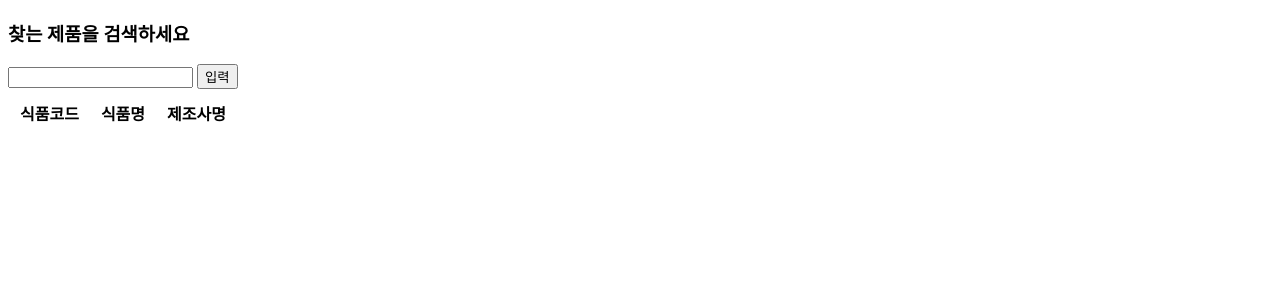
Repository: dkdud8140/OneDayProject_server
Page: http://localhost/Oneday_Server_food/insert/selectName
An editor plug-in stored every save of this project. The page is shown before and after the next save, followed by the edit.
The browser window is 1280 px wide. The pictures show the whole page.
The page is served by Tomcat 9. Other server files are loaded and not shown.

Above is the page before, as saved 2021-05-10 06:40:17.

### Oneday_Server_food/src/main/webapp/WEB-INF/view/selectName.jsp
<%@ page language="java" contentType="text/html; charset=UTF-8"
    pageEncoding="UTF-8"%>
<%@ taglib uri ="http://java.sun.com/jsp/jstl/core"  prefix="c"  %>
<!DOCTYPE html>
<html>
<head>
<meta charset="UTF-8">
<title>제품 찾기</title>

<style>
	th,td {padding : 10px;}
</style>
</head>
<body>
	<h3>찾는 제품을 검색하세요</h3>
	<form action ="selectByName">
		<input name ="name">
		<button>입력</button>
	</form>

	<table>
		<thead>
			<tr>
				<th>식품코드</th>
				<th>식품명</th>
				<th>제조사명</th>
			</tr>
		</thead>

		<c:forEach items="${MFLIST}" var="MF">
		<tbody>
			<tr>
				<th>${MF.mf_seq}</th>
				<th>${MF.mf_date}</th>

			</tr>
		</tbody>
		</c:forEach>

	</table>





</body>
</html>

### Oneday_Server_food/src/main/java/com/com/food/controller/InsertController.java
package com.com.food.controller;

import java.io.IOException;
import java.io.PrintWriter;
import java.util.ArrayList;
import java.util.List;

import javax.servlet.RequestDispatcher;
import javax.servlet.ServletException;
import javax.servlet.annotation.WebServlet;
import javax.servlet.http.HttpServlet;
import javax.servlet.http.HttpServletRequest;
import javax.servlet.http.HttpServletResponse;

import com.com.food.model.FoodsDTO;
import com.com.food.model.MyFoodsVO;
import com.com.food.service.DBConnection;
import com.com.food.service.impl.FoodImplV1;

@WebServlet("/insert/*")
public class InsertController extends HttpServlet {

	private static final long serialVersionUID = -8552356740377606394L;

	public DBConnection dbConn;
	public FoodImplV1 fSer;

	public InsertController() {
		dbConn = new DBConnection();
		fSer = new FoodImplV1();
	}

	@Override
	protected void doGet(HttpServletRequest req, HttpServletResponse resp) throws ServletException, IOException {

		resp.setContentType("text/html;charset=UTF-8");
		String subPath = req.getPathInfo();

		if (subPath.equals("/selectName")) {

			RequestDispatcher rDis = req.getRequestDispatcher("/WEB-INF/view/selectName.jsp");
			rDis.forward(req, resp);


		}else if (subPath.equals("/selectByName")) {

			List<FoodsDTO> fList = new ArrayList<FoodsDTO>();

			String name = req.getParameter("name");
			fList = fSer.selectName(name);

			req.setAttribute("FLIST", fList);


		} else if (subPath.equals("/insert")) {

			RequestDispatcher rDis = req.getRequestDispatcher("/WEB-INF/view/insert.jsp");
			rDis.forward(req, resp);

		}
	}

	@Override
	protected void doPost(HttpServletRequest req, HttpServletResponse resp) throws ServletException, IOException {

		resp.setContentType("text/html;cahrset=UTF-8");
		req.setCharacterEncoding("UTF-8");

		String mf_date = req.getParameter("date");
		String mf_code = req.getParameter("code");
		String strEat = req.getParameter("eat");

		Integer mf_eat = Integer.valueOf(strEat);

		MyFoodsVO mfVO = new MyFoodsVO();

		mfVO.setMf_date(mf_date);
		mfVO.setMf_code(mf_code);
		mfVO.setMf_eat(mf_eat);
		int result = fSer.insert(mfVO);

		if (result > 0) {
			resp.sendRedirect("/");
		} else {
			PrintWriter out = resp.getWriter();
			out.println("입력값이 잘못되었습니다.");
			resp.sendRedirect("/diet");
		}

	}

}

After the next save:
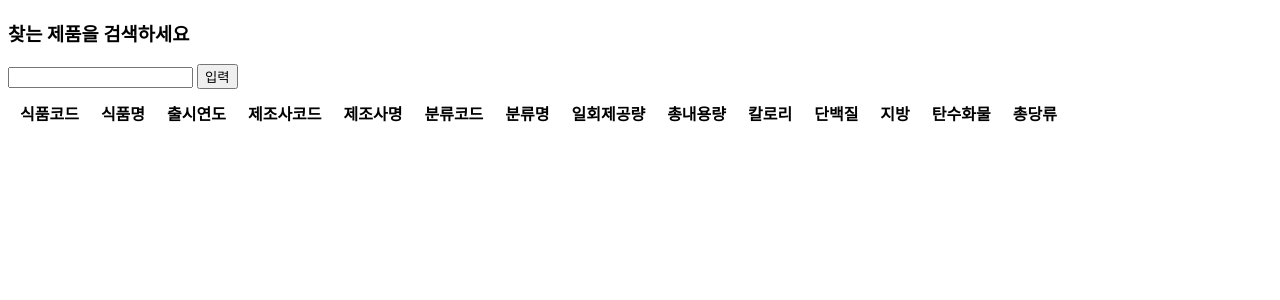
Saved 4 min 47 s later.
--- a/Oneday_Server_food/src/main/webapp/WEB-INF/view/selectName.jsp
+++ b/Oneday_Server_food/src/main/webapp/WEB-INF/view/selectName.jsp
@@ -23,7 +23,18 @@
 			<tr>
 				<th>식품코드</th>
 				<th>식품명</th>
+				<th>출시연도</th>
+				<th>제조사코드</th>
 				<th>제조사명</th>
+				<th>분류코드</th>
+				<th>분류명</th>
+				<th>일회제공량</th>
+				<th>총내용량</th>
+				<th>칼로리</th>
+				<th>단백질</th>
+				<th>지방</th>
+				<th>탄수화물</th>
+				<th>총당류</th>
 			</tr>
 		</thead>
 
